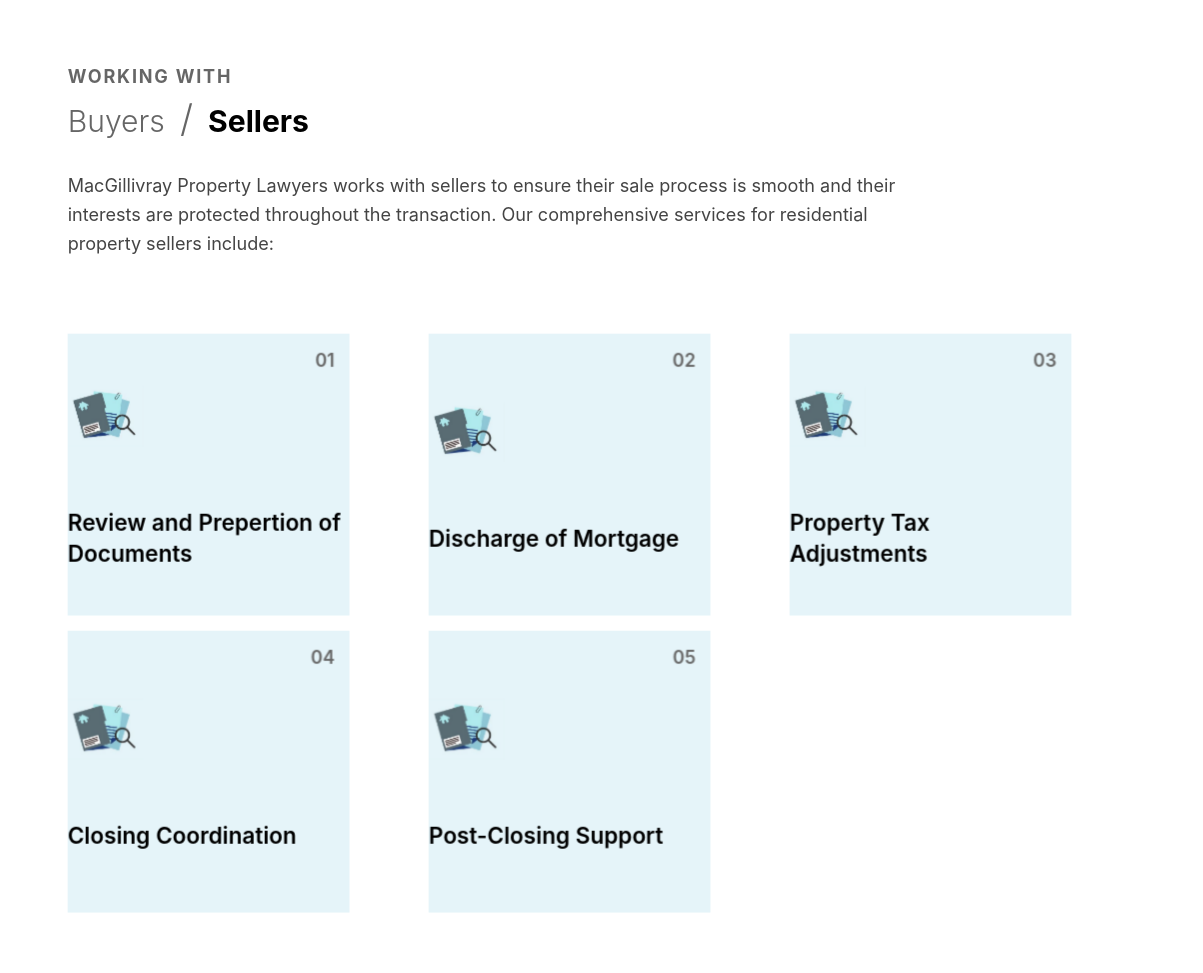
Repository: mibma/alphavent
Page: /sellers
An editor plug-in stored every save of this project. The page is shown before and after a run of saves, followed by the edit.
The browser window is 1280 px wide. The pictures show the whole page, at 94% of full size.
The project was rebuilt for these pictures with package versions that can differ from the ones it lists, and the page was loaded fresh each time. The framework's server and built-in components were replaced by stand-ins that run in the browser.

Above is the page before, as saved 2025-04-24 18:27:26.

### pages/_app.js
import '../styles/globals.css'

function MyApp({ Component, pageProps }) {
  return <Component {...pageProps} />
}

export default MyApp

### pages/sellers.js
import styles from '../styles/Home.module.css';
import Head from 'next/head';
import Link from 'next/link';
import Image from 'next/image';
import { useRouter } from 'next/router';
import { useState } from 'react';

const sellerServices = [
  {
    id: '01',
    title: 'Review and Prepertion of Documents',
    icon: '/Capture.JPG'
  },
  {
    id: '02',
    title: 'Discharge of Mortgage',
    icon: '/Capture.JPG'
  },
  {
    id: '03',
    title: 'Property Tax Adjustments',
    icon: '/Capture.JPG'
  },
  {
    id: '04',
    title: 'Closing Coordination',
    icon: '/Capture.JPG'
  },
  {
    id: '05',
    title: 'Post-Closing Support',
    icon: '/Capture.JPG'
  }
];

export default function SellerPage() {
  const router = useRouter();
  const [isTransitioning, setIsTransitioning] = useState(false);

  const handleBuyerClick = (e) => {
    e.preventDefault();
    setIsTransitioning(true);
    setTimeout(() => {
      router.push('/');
    }, 300);
  };

  return (
    <div className={styles.container}>
      <Head>
        <title>Working with Sellers | MacGillivray Property Lawyers</title>
        <meta name="description" content="Professional property law services for sellers" />
      </Head>

      <main className={styles.main}>
        <div className={styles.header}>
          <h1 className={styles.title}>
            <span className={styles.mainTitle}>WORKING WITH</span>
            <div className={styles.titleRow}>
              <Link
                href="/"
                className={styles.smallTitle}
                onClick={handleBuyerClick}
              >
                Buyers
              </Link>
              <span className={styles.divider}>/</span>
              <span className={`${styles.largeTitle} ${isTransitioning ? styles.exitToRight : ''}`}>
                Sellers
              </span>
            </div>
          </h1>

          <p className={styles.description}>
            MacGillivray Property Lawyers works with sellers to ensure their sale process is smooth and their interests are protected throughout the transaction. Our comprehensive services for residential property sellers include:
          </p>
        </div>

        <div className={styles.servicesGrid}>
          {sellerServices.map((service) => (
            <div key={service.id} className={styles.serviceCard}>
              <div className={styles.serviceContent}>
                <div className={styles.iconContainer}>
                  <Image
                    src={service.icon}
                    alt={service.title}
                    fill
                    className={styles.icon}
                  />
                </div>
                <h3 className={styles.serviceTitle}>{service.title}</h3>
              </div>
              <div className={styles.serviceNumber}>{service.id}</div>
            </div>
          ))}
        </div>
      </main>
    </div>
  );
}

### styles/globals.css
html,
body {
  padding: 0;
  margin: 0;
  font-family: -apple-system, BlinkMacSystemFont, Segoe UI, Roboto, Oxygen,
    Ubuntu, Cantarell, Fira Sans, Droid Sans, Helvetica Neue, sans-serif;
}

a {
  color: inherit;
  text-decoration: none;
}

* {
  box-sizing: border-box;
}

### styles/Home.module.css
.container {
  max-width: 1200px;
  margin: 0 auto;
  padding: 2rem;
  overflow-x: hidden;
}

.nav {
  display: flex;
  justify-content: flex-end;
  padding: 1rem 0;
}

.navLink {
  color: #0070f3;
  text-decoration: none;
  font-size: 1.1rem;
  transition: color 0.3s ease;
}

.navLink:hover {
  color: #0051b3;
}

.main {
  min-height: 100vh;
  padding: 1rem 0;
}

.header {
  margin-bottom: 4rem;
  position: relative;
}

.title {
  margin-bottom: 2rem;
}

.mainTitle {
  display: block;
  font-size: 1.2rem;
  color: #666;
  margin-bottom: 0.5rem;
  letter-spacing: 0.1em;
  opacity: 0;
  animation: fadeInDown 0.5s ease forwards;
}

.titleRow {
  display: flex;
  align-items: baseline;
  gap: 1rem;
  position: relative;
}

.titleWrapper {
  display: flex;
  align-items: baseline;
  gap: 1rem;
}

.largeTitle {
  font-weight: 700;
  color: #000;
  transition: font-size 0.6s ease;
  cursor: pointer;
}

.titleButton {
  background: none;
  border: none;
  cursor: pointer;
  padding: 0;
  font-size: 2.5rem;
  color: #666;
  font-weight: 300;
  transition: all 0.3s ease;
}

.titleButton:hover {
  color: #000;
}

.titleExit {
  animation: none;
}

.cardFlip {
  animation: flipCard 0.6s ease forwards;
}

.fadeOut {
  opacity: 0;
  transition: opacity 0.3s ease;
}

.fadeIn {
  opacity: 1;
  transition: opacity 0.3s ease;
}

.divider {
  font-size: 2.5rem;
  color: #666;
  font-weight: 300;
}

.smallTitle {
  font-weight: 300;
  color: #666;
  transition: all 0.6s ease;
  cursor: pointer;
}

.description {
  font-size: 1.2rem;
  line-height: 1.6;
  color: #444;
  max-width: 900px;
  margin-bottom: 3rem;
  opacity: 0;
  animation: fadeIn 0.5s ease 0.5s forwards;
}

.servicesGrid {
  display: grid;
  grid-template-columns: repeat(auto-fit, minmax(280px, 1fr));
  gap: 1rem;
  padding: 1rem 0;
}

.serviceCard {
  background-color: #E5F4F9;
  /* border-radius: 12px; */
  /* padding: 1.5rem 2rem; */
  padding: 1.5rem 0rem;
  position: relative;
  min-height: 300px;
  width: 100%;
  max-width: 300px;
  display: flex;
  flex-direction: column;
  justify-content: center;
  transform-style: preserve-3d;
  perspective: 1000px;
  opacity: 0;
  animation: fadeInUp 0.5s ease forwards;
  transition: transform 0.6s ease;
}

.serviceCard:nth-child(1) { animation-delay: 0.6s; }
.serviceCard:nth-child(2) { animation-delay: 0.7s; }
.serviceCard:nth-child(3) { animation-delay: 0.8s; }
.serviceCard:nth-child(4) { animation-delay: 0.9s; }
.serviceCard:nth-child(5) { animation-delay: 1.0s; }

.serviceCard:hover {
  transform: translateY(-5px);
  box-shadow: 0 10px 20px rgba(0, 0, 0, 0.05);
}

.serviceContent {
  flex: 1;
  display: flex;
  flex-direction: column;
  justify-content: center;
  transform-style: preserve-3d;
  backface-visibility: hidden;
  gap: 1.5rem;
}

.serviceContentFront, .serviceContentBack {
  position: absolute;
  width: 100%;
  height: 100%;
  backface-visibility: hidden;
  display: flex;
  flex-direction: column;
  justify-content: center;
}

.serviceContentBack {
  transform: rotateY(180deg);
}

.iconContainer {
  width: 80px;
  height: 80px;
  position: relative;
  margin-bottom: 2rem;
}

.icon {
  object-fit: contain;
  width: 100%;
  height: 100%;
}

.serviceTitle {
  font-size: 1.5rem;
  font-weight: 600;
  margin: 0;
  line-height: 1.4;
}

.serviceNumber {
  position: absolute;
  top: 1rem;
  right: 1rem;
  font-size: 1.2rem;
  font-weight: 600;
  color: #666;
}

.serviceDescription {
  color: #718096;
  line-height: 1.5;
}

@keyframes fadeInUp {
  from {
    opacity: 0;
    transform: translateY(20px);
  }
  to {
    opacity: 1;
    transform: translateY(0);
  }
}

@keyframes fadeInDown {
  from {
    opacity: 0;
    transform: translateY(-20px);
  }
  to {
    opacity: 1;
    transform: translateY(0);
  }
}

@keyframes fadeIn {
  from {
    opacity: 0;
  }
  to {
    opacity: 1;
  }
}

@keyframes slideInRight {
  from {
    opacity: 0;
    transform: translateX(-100%);
  }
  to {
    opacity: 1;
    transform: translateX(0);
  }
}

@keyframes slideOutRight {
  from {
    opacity: 1;
    transform: translateX(0);
  }
  to {
    opacity: 0;
    transform: translateX(100%);
  }
}

/* Add a class for exit animation */
.exitToRight {
  animation: slideOutRight 0.6s ease forwards;
}

.enterFromRight {
  animation: slideInRight 0.6s ease forwards;
}

@media (max-width: 768px) {
  .container {
    padding: 1rem;
  }

  .titleRow {
    flex-direction: column;
    gap: 0.5rem;
  }

  .divider {
    display: none;
  }

  .smallTitle {
    font-size: 2rem;
  }

  .servicesGrid {
    grid-template-columns: 1fr;
  }

  .serviceCard {
    min-height: 150px;
  }

  .serviceTitle {
    font-size: 1.75rem;
  }
}

@keyframes flipCard {
  0% {
    transform: perspective(1000px) rotateY(0deg);
  }
  50% {
    transform: perspective(1000px) rotateY(90deg);
  }
  100% {
    transform: perspective(1000px) rotateY(0deg);
  }
}

.flipCard {
  animation: flipCard 0.6s ease forwards;
}

After the next 2 saves:
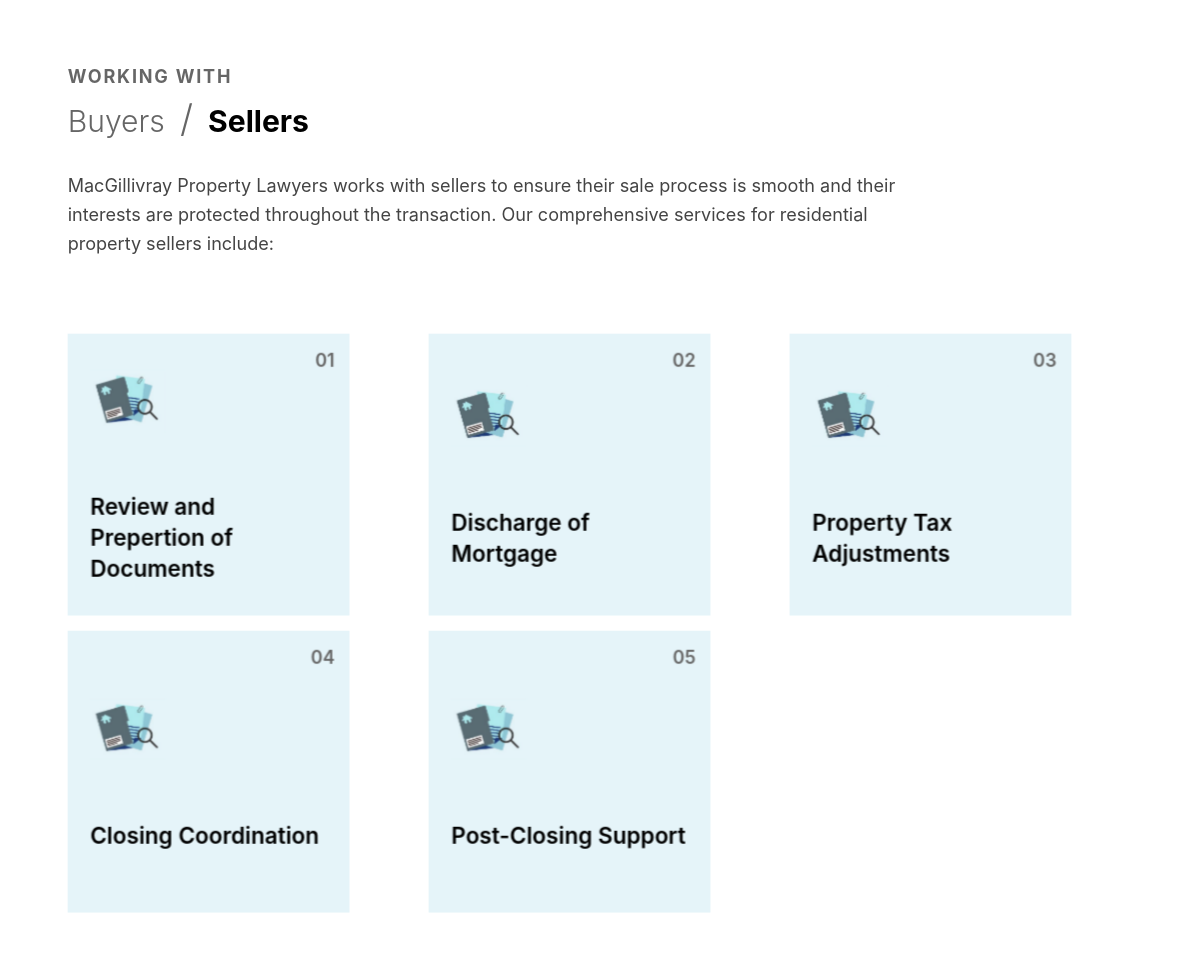
The 2 saves are shown as one change because they came seconds apart.
The last was saved 14 s later.
--- a/styles/Home.module.css
+++ b/styles/Home.module.css
@@ -133,7 +133,7 @@
   background-color: #E5F4F9;
   /* border-radius: 12px; */
   /* padding: 1.5rem 2rem; */
-  padding: 1.5rem 0rem;
+  padding: 0rem 1.5rem;
   position: relative;
   min-height: 300px;
   width: 100%;
